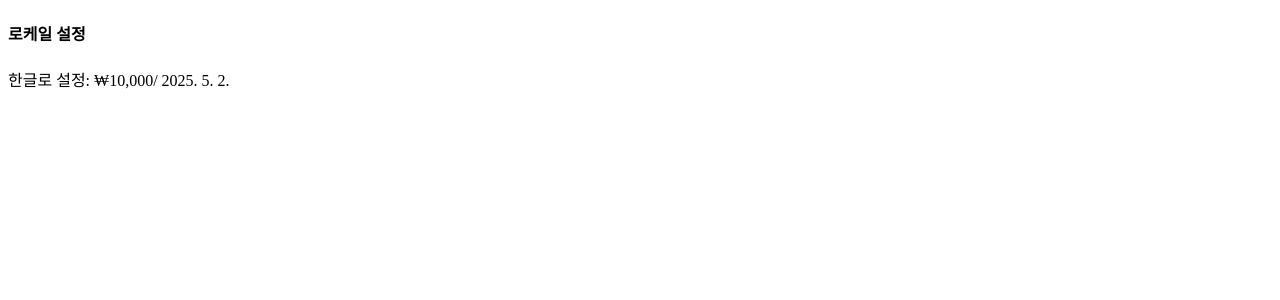
Repository: Motibidu/JSP_Servlet
Page: http://localhost/MushHaveJsp/11JSTL/etc/Fmt3.jsp
An editor plug-in stored every save of this project. The page is shown before and after the next save, followed by the edit.
The browser window is 1280 px wide. The pictures show the whole page.
The page is served by Tomcat 10.

Above is the page before, as saved 2025-05-13 06:55:52.

After the next save:
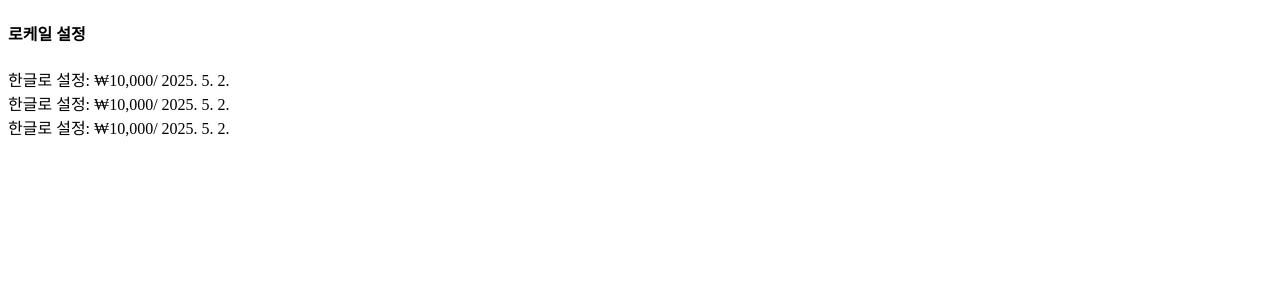
Saved 25 s later.
--- a/MushHaveJsp/src/main/webapp/11JSTL/etc/Fmt3.jsp
+++ b/MushHaveJsp/src/main/webapp/11JSTL/etc/Fmt3.jsp
@@ -17,5 +17,13 @@
 	<fmt:formatNumber value= "10000" type= "currency"/>/
 	<fmt:formatDate value= "${ today }"/><br/>
 
+	한글로 설정: <fmt:setLocale value= "ko_kr"/>
+	<fmt:formatNumber value= "10000" type= "currency"/>/
+	<fmt:formatDate value= "${ today }"/><br/>
+
+	한글로 설정: <fmt:setLocale value= "ko_kr"/>
+	<fmt:formatNumber value= "10000" type= "currency"/>/
+	<fmt:formatDate value= "${ today }"/><br/>
+
 </body>
 </html>
